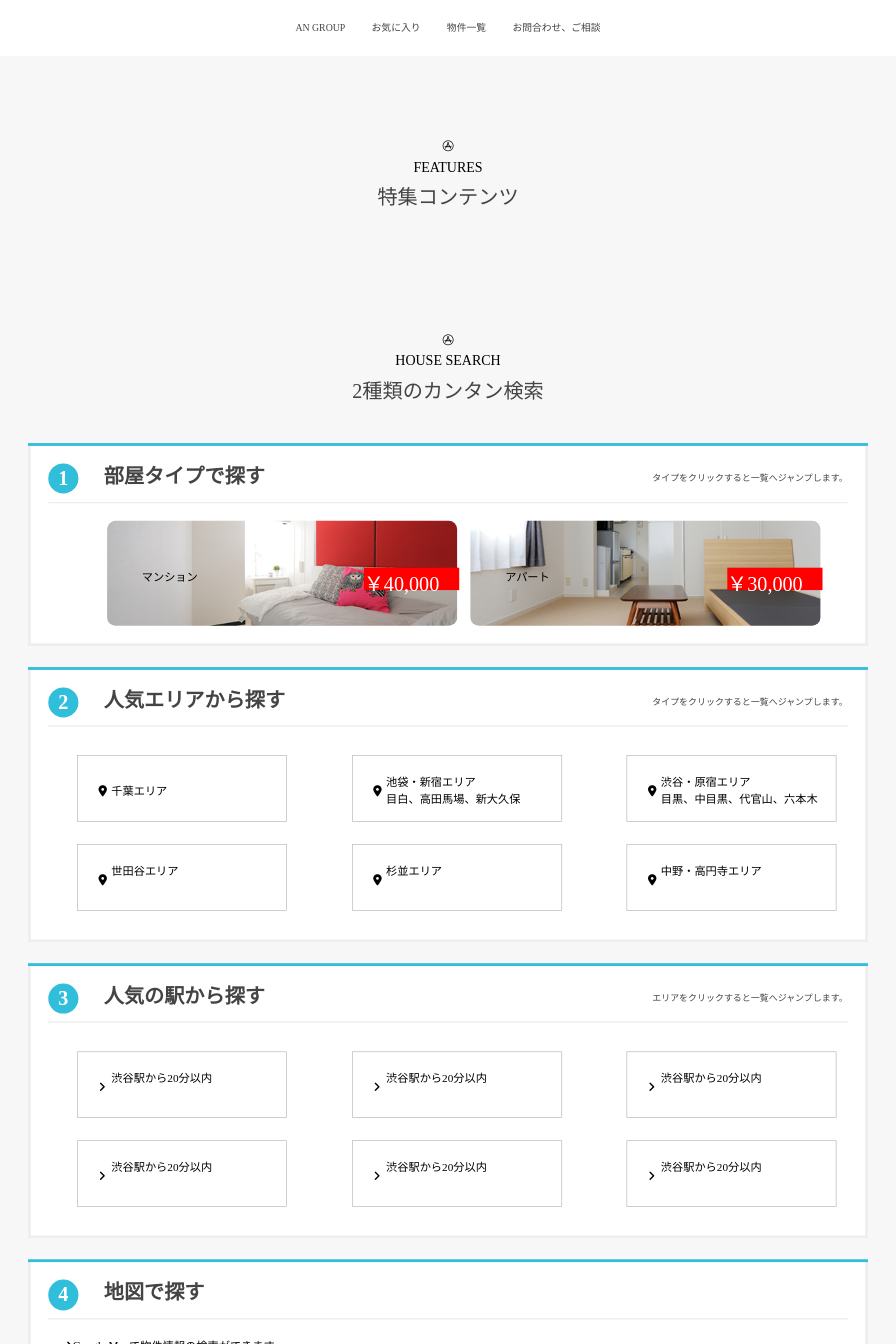
Repository: ninhdavid/real-estate
Page: index.html
The author's editor kept a copy of each file at every save. The page is drawn from the files as they stood at one save, then again after the next save.
The browser window is 1280 px wide. The pictures show the part of the page from y = 0 to 1920 px (the page is 3289 px tall), at 70% of full size.
Some web libraries are served in a nearby version. The style sheet was rebuilt from its Sass, Less or Tailwind sources for each picture, by a compiler version that may differ from the author's.

Above is the page before, as saved 2022-05-27 20:40:58.

After the next save:
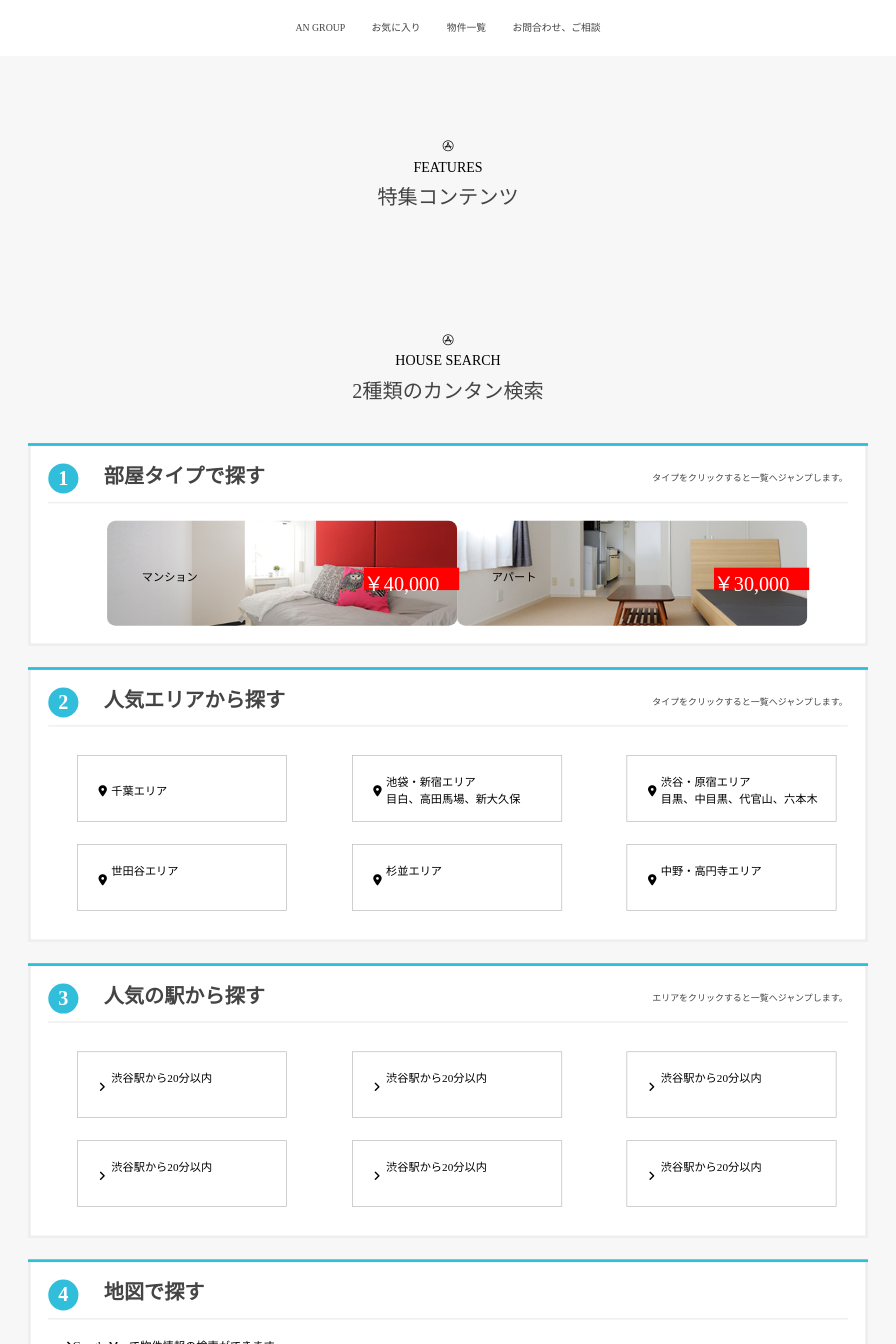
Saved 38 s later.
--- a/css/main.scss
+++ b/css/main.scss
@@ -152,7 +152,7 @@
     position: relative;
 }
 .house-type{
-    margin-left: 1.2em;
+    // margin-left: 1.2em;
     border-radius: 12px;
 }
 .type-list-des > i{
